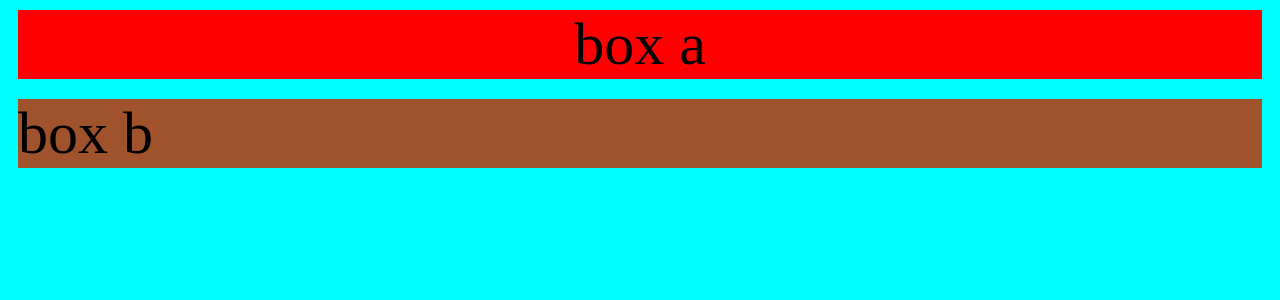
Repository: asifdotpy/testing-html-and-css
Page: index.html
These files come from the project's save history. The page is drawn as it stood at one moment and after a run of saves; the edit follows.
The browser window is 1280 px wide. The pictures show the whole page.

Above is the page before, as saved 2021-02-14 00:23:47.

After the next 4 saves:
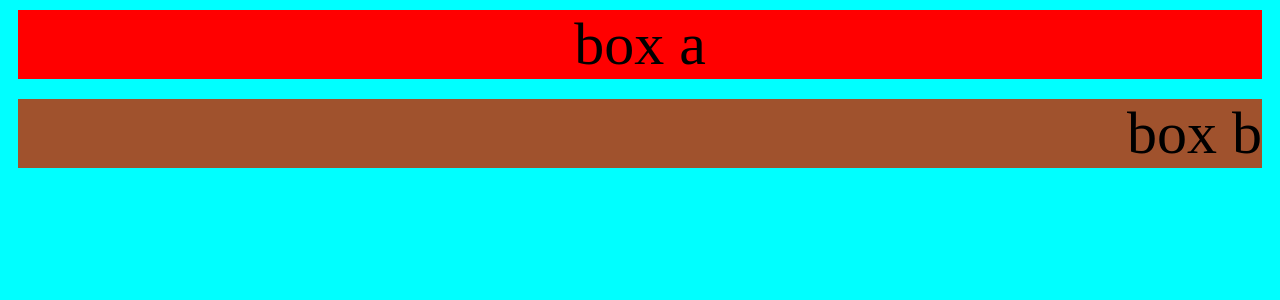
The 4 saves are shown as one change because they came seconds apart.
The last was saved 15 s later.
--- a/main.css
+++ b/main.css
@@ -13,4 +13,5 @@ div.b {
     font-size: 60px;
     margin: 10px 10px 20px;
     background-color: sienna;
+    text-align: end;
 }
